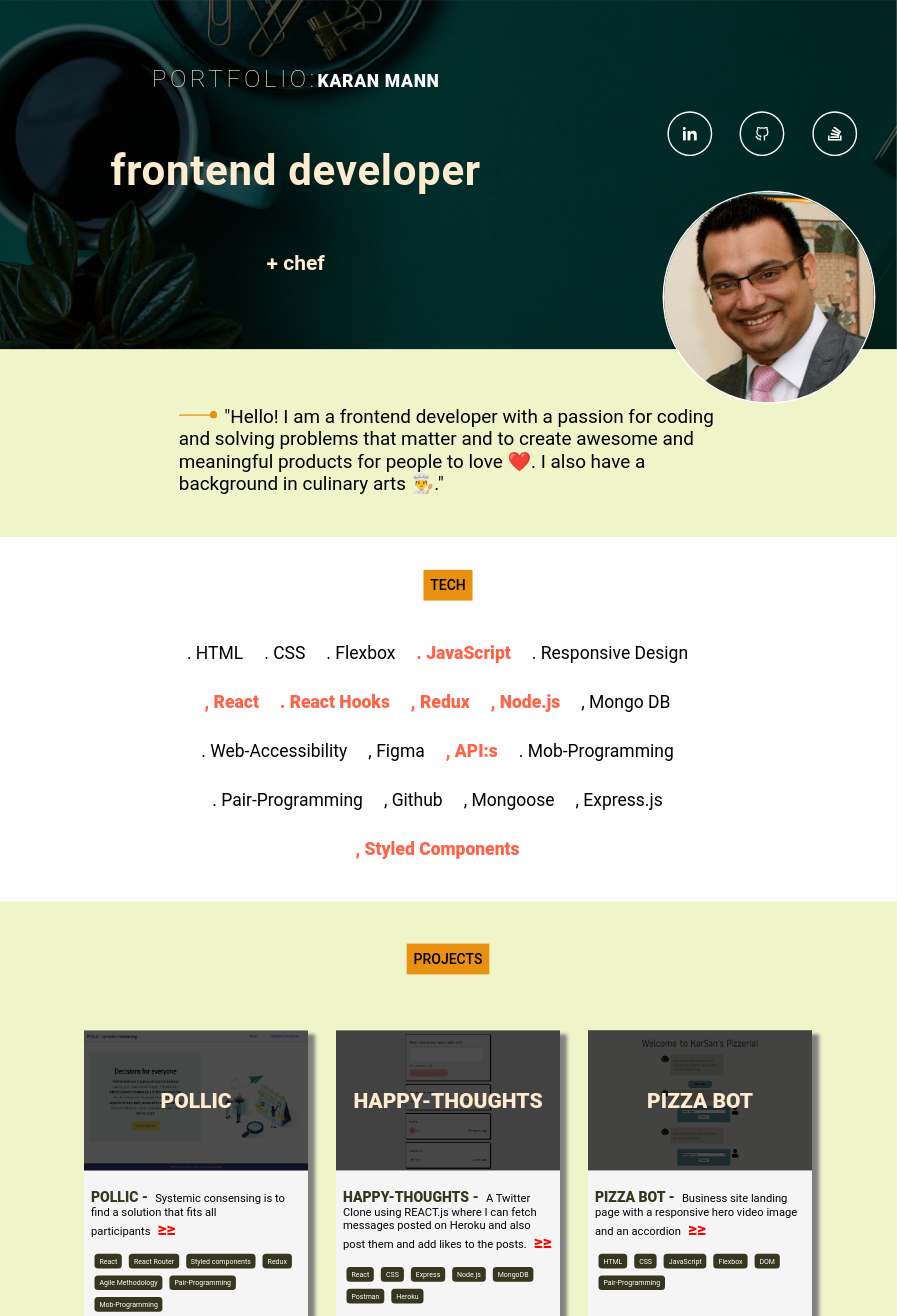
Repository: karanmann/portfolio-react
Page: / (app in frontend/)
These files come from the project's save history. The page is drawn as it stood at one moment and after the next save; the edit follows.
The browser window is 1280 px wide. The page is 1281 px wide, so the pictures cover 1281 px, including what lies to the right of the window. The pictures show the part of the page from y = 0 to 1880 px (the page is 6725 px tall), at 70% of full size.
The project was rebuilt for these pictures with package versions that can differ from the ones it lists, and the page was loaded fresh each time.

Above is the page before, as saved 2021-04-09 10:29:39.

### frontend/public/index.html
<!DOCTYPE html>
<html lang="en">
  <head>
    <meta charset="utf-8" />
    <link rel="icon" href="%PUBLIC_URL%/favicon.ico" />
    <meta name="viewport" content="width=device-width, initial-scale=1" />
    <meta name="theme-color" content="#000000" />
    <meta
      name="description"
      content="Web site created using create-react-app"
    />
    <link rel="apple-touch-icon" href="%PUBLIC_URL%/logo192.png" />
    <link rel="preconnect" href="https://fonts.gstatic.com">
    <link href="https://fonts.googleapis.com/css2?family=Poppins:ital,wght@0,100;0,200;0,300;0,400;0,500;0,600;0,700;0,800;0,900;1,100;1,200;1,300;1,400;1,500;1,600;1,700;1,800;1,900&display=swap" rel="stylesheet">

    <!--
      manifest.json provides metadata used when your web app is installed on a
      user's mobile device or desktop. See https://developers.google.com/web/fundamentals/web-app-manifest/
    -->
    <!-- <link rel="manifest" href="%PUBLIC_URL%/manifest.json" /> -->
    <!--
      Notice the use of %PUBLIC_URL% in the tags above.
      It will be replaced with the URL of the `public` folder during the build.
      Only files inside the `public` folder can be referenced from the HTML.

      Unlike "/favicon.ico" or "favicon.ico", "%PUBLIC_URL%/favicon.ico" will
      work correctly both with client-side routing and a non-root public URL.
      Learn how to configure a non-root public URL by running `npm run build`.
    -->
    <title>Karan Mann - Portfolio</title>
  </head>
  <body>
    <noscript>You need to enable JavaScript to run this app.</noscript>
    <div id="root"></div>
    <!--
      This HTML file is a template.
      If you open it directly in the browser, you will see an empty page.

      You can add webfonts, meta tags, or analytics to this file.
      The build step will place the bundled scripts into the <body> tag.

      To begin the development, run `npm start` or `yarn start`.
      To create a production bundle, use `npm run build` or `yarn build`.
    -->
  </body>
</html>

### frontend/src/index.js
import React from 'react';
import ReactDOM from 'react-dom';
import './lib/styles/index.css';
import App from './App';

ReactDOM.render(
  <React.StrictMode>
    <App />
  </React.StrictMode>,
  document.getElementById('root')
);

### frontend/src/lib/styles/index.css

body {
  margin: -1px;
  font-family: 'Roboto', 'Poppins', sans-serif, -apple-system, BlinkMacSystemFont, 'Segoe UI', 'Roboto', 'Oxygen',
    'Ubuntu', 'Cantarell', 'Fira Sans', 'Droid Sans', 'Helvetica Neue';
  -webkit-font-smoothing: antialiased;
  -moz-osx-font-smoothing: grayscale;
  background-color: white;
}

### frontend/src/App.js
import React from 'react';

import { Header } from './components/Header'
import { Intro } from './components/Intro'
import { Tech } from './components/Tech'
import { Projects } from './components/projects/Projects'
import { ThoughtsCode } from './components/ThoughtsCode'
import { Skills } from './components/Skills'
import { ForMore } from './components/ForMore'
import { Footer } from './components/Footer'
import { Data } from './projects'

const projectData = Data.projects

console.log(projectData)

function App() {
  return (
    <div className="App">
      <Header />
      <Intro/>
      <Tech />
      <Projects projectData={projectData}/>
      <ThoughtsCode />'
      <Skills />
      <ForMore />
      <Footer />
    </div>
  );
}

export default App;

### frontend/src/components/Header.js
import React from 'react'

import {
  HeroContainer,
  LeftContainer,
  HeroTextContainer,
  HeroTextH1,
  HeroTextH1Span,
  HeroTextH2,
  HeroTextH3,
  RightContainer,
  IconContainer,
  IconLinkContainer,
  IconImageContainer,
  ProfilePic,
} from '../lib/styles/styled'

import linkedInIcon from '../lib/images/icons/linkedin.svg'
import githubIcon from '../lib/images/icons/github.svg'
import stackoverflowIcon from '../lib/images/icons/stackoverflow.svg'
import profilePic from '../lib/images/profile.png'

const linkedInLink = 'https://www.linkedin.com/in/karanmann84/'
const githubLink = 'https://github.com/karanmann'
const stackOverflowLink = 'https://stackoverflow.com/users/14064949/karan-mann'

export const Header = () => {
  return (
    <header>
      <HeroContainer>
        <LeftContainer>
          <HeroTextContainer tabIndex='0'>
            <HeroTextH1>
              PORTFOLIO:
              <HeroTextH1Span>KARAN MANN</HeroTextH1Span>
            </HeroTextH1>
            <HeroTextH2>frontend developer</HeroTextH2>
            <HeroTextH3>+ chef</HeroTextH3>
          </HeroTextContainer>
        </LeftContainer>
        <RightContainer>
          <IconContainer>
            <IconLinkContainer
              href={linkedInLink}
              tabIndex='0'
              target="_blank"
              rel="noopener noreferrer"
            >
              <IconImageContainer
                src={linkedInIcon}
                alt='Icon to LinkedIN'
                aria-label='Linkedin profile'
                rel="noreferrer"
              />
            </IconLinkContainer>
            <IconLinkContainer
              href={githubLink}
                tabIndex='0'
                target="_blank"
                rel="noopener noreferrer">
              <IconImageContainer
                src={githubIcon}
                alt='Icon to Github'
                aria-label='Github profile'
                rel='noreferrer'
              />
            </IconLinkContainer>
            <IconLinkContainer
              href={stackOverflowLink}
              tabIndex='0'
              target="_blank"
              rel="noopener noreferrer"
            >
              <IconImageContainer
                src={stackoverflowIcon}
                alt='Icon to Stackoverflow'
                aria-label='Stackoverflow'
                rel='noreferrer'
              />
            </IconLinkContainer>
          </IconContainer>
          <div>
            <ProfilePic className="profile-pic" src={profilePic} alt="Karan's Pic"/>
          </div>
        </RightContainer>
      </HeroContainer>
    </header>
  )
}

### frontend/src/components/Intro.js
import React from 'react';
import { IntroContainer, IntroP, IntroImage} from '../lib/styles/styled'
import lolypop from '../lib/images/icons/icon-p.svg'

export const Intro = () => {
  return (
    <IntroContainer>
      <IntroP>
        <IntroImage src={lolypop} alt="Lolypop Icon"/>
        "Hello!   I am a frontend developer with a passion for coding and solving problems that matter and to create awesome and meaningful products for people to love ❤️. I also have a background in culinary arts 👨‍🍳."
      </IntroP>
    </IntroContainer>
  )
}

### frontend/src/components/Tech.js
import React from 'react';

import {
  TechContainer,
  AllTech,
  MyTech,
  Title
  } from '../lib/styles/styled'

const techs = [
  { tech:"HTML", highLight:false },
  { tech:"CSS", highLight:false },
  { tech:"Flexbox", highLight:false },
  { tech:"JavaScript", highLight:true },
  { tech:"Responsive Design", highLight:false },
  { tech:"React", highLight:true },
  { tech:"React Hooks", highLight:true },
  { tech:"Redux", highLight:true },
  { tech:"Node.js", highLight:true },
  { tech:"Mongo DB", highLight:false },
  { tech:"Web-Accessibility", highLight:false },
  { tech:"Figma", highLight:false },
  { tech:"API:s", highLight:true },
  { tech:"Mob-Programming", highLight:false },
  { tech:"Pair-Programming", highLight:false },
  { tech:"Github", highLight:false },
  { tech:"Mongoose", highLight:false },
  { tech:"Express.js", highLight:false },
  { tech:"Styled Components", highLight:true },
]

export const Tech = () => {
  return (
    <TechContainer>
      <Title>TECH</Title>
        <AllTech>
            {techs.map((mytech, index) =>{
              const conditionalStyle = mytech.highLight ? {color:'tomato', fontWeight: '800'} : {color:'black'}
              return (
              <MyTech style={conditionalStyle} key={mytech.tech}>
                {index > mytech.tech.length - 1 ? ',' : '.'} {mytech.tech}
              </MyTech>
            )
            })}
        </AllTech>
    </TechContainer>
  )
}

// while using styled components we can also send the style as a prop and do the conditional rendering in the styles itself.

// {index > Object.keys(mytech).length - 1 ? ',' : '.'}
// Working on getting a period in the end rather than a comma.

### frontend/src/components/projects/Projects.js
import React from  'react'

import { ProjectContainer, Title } from '../../lib/styles/styled'
import { OtherProjects } from './OtherProjects'
import { FeaturedProjects } from './FeaturedProjects'

export const Projects = ({projectData}) => {
  const featuredProjects = projectData.filter(myProjects => myProjects.featured)
  const otherProjects = projectData.filter(myProjects => !myProjects.featured)

  return (
    <ProjectContainer>
      <Title>PROJECTS</Title>
      <div>
        <FeaturedProjects featuredProjects={featuredProjects}/>
      </div>
      <h3 className='projects-title'>OTHER PROJECTS</h3>
      <div>
        <OtherProjects otherProjects={otherProjects}/>
      </div>
    </ProjectContainer>
  )
}

### frontend/src/components/ThoughtsCode.js
import React from 'react'

import {
  ThoughtsContainer,
  ThoughtsContentContainer,
  ThoughtsCodeImageContainer,
  ThoughtsImage,
  ThoughtsCodeTextContainer,
  ThoughtsCodeTextTitle,
  ThoughtsCodeTextContent,
  ThoughtsReadMore,
  Title
} from '../lib/styles/styled'
import chefDroid from '../lib/images/ChefDroid.png'

const chefToProgrammerLink = "https://www.linkedin.com/posts/karanmann84_programming-learning-technigo-activity-6720014274095304704-BHnK"

export const ThoughtsCode = () => {
  return (
    <ThoughtsContainer>
      <Title tabIndex="0">MY THOUGHTS ABOUT CODE</Title>
      <ThoughtsContentContainer>
        <ThoughtsCodeImageContainer href={chefToProgrammerLink}>
          <ThoughtsImage src={chefDroid} alt='Chef and Droid'/>
        </ThoughtsCodeImageContainer>
        <ThoughtsCodeTextContainer>
          <ThoughtsCodeTextTitle>
            From Chef to Programmer
          </ThoughtsCodeTextTitle>
          <ThoughtsCodeTextContent>
            What I learned in the kitchen.
            Almost everyone who starts working in a kitchen starts in one place, the bottom.
            This could be the salad section or pantry. In an industry as intensely competitive as restaurants,
            the only way to move up is by working as hard as you can. This means being willing to take on any assignment
            your chef gives you. It means constantly working to master your craft.
            <ThoughtsReadMore href={chefToProgrammerLink}>Read More ≥≥</ThoughtsReadMore>
          </ThoughtsCodeTextContent>
        </ThoughtsCodeTextContainer>
      </ThoughtsContentContainer>
    </ThoughtsContainer>
  )
}

### frontend/src/components/Skills.js
import React from 'react';

import {
  Title,
  SkillContainer,
  SkillContentContainer,
  Skill,
  SkillCodeTitle,
  SkillCodeContent
} from '../lib/styles/styled'

const code = [
  "HTML5",
  "CSS3",
  "JavaScript ES6",
  "React",
  "React Hooks",
  "Node.js",
  "Mongo DB",
  "Github",
]

const toolbox =[
  "Visual Studio Code",
  "Terminal",
  "Figma",
  "StackOverflow",
  "Slack",
]

const others= [
  "Agile Methodology",
  "Pair-programming",
  "Mob-programming",
  "Web Accessibility",
  "Concept Development",
]

const upcomming = [
  "Redux",
  "SASS",
]

export const Skills = () => {
  return (
    <SkillContainer>
      <Title>SKILLS</Title>
      <SkillContentContainer>
        <Skill>
          <SkillCodeTitle>CODE</SkillCodeTitle>
          <SkillCodeContent >
            {code.map(myCode => <p key={myCode}>{myCode}</p>)}
          </SkillCodeContent>
        </Skill>
        <Skill>
          <SkillCodeTitle>TOOLBOX</SkillCodeTitle>
          <SkillCodeContent>{toolbox.map(myTool => <p key={myTool}>{myTool}</p>)}</SkillCodeContent>
        </Skill>
        <Skill>
          <SkillCodeTitle>OTHERS</SkillCodeTitle>
          <SkillCodeContent>{others.map(myOthers => <p key={myOthers}>{myOthers}</p>)}</SkillCodeContent>
        </Skill>
        <Skill>
          <SkillCodeTitle>UPCOMMING</SkillCodeTitle>
          <SkillCodeContent>{upcomming.map(myUpcomming => <p key={myUpcomming}>{myUpcomming}</p>)}</SkillCodeContent>
        </Skill>
      </SkillContentContainer>
    </SkillContainer>
  )
}

### frontend/src/components/ForMore.js
import React from 'react'

import {
  Title,
  ForMoreContainer,
  ForMoreIcons,
  ForMoreIconContainer,
  ForMoreImage,
  ForMoreText,
  ForMoreLink
} from '../lib/styles/styled'

import linkedIn from '../lib/images/icons/linkedin-orange.svg'
import github from '../lib/images/icons/github-orange.svg'
import stackOverflow from '../lib/images/icons/stackoverflow-orange.svg'

export const ForMore = () => {
  return (
    <ForMoreContainer>
      <Title tabIndex="0">FOR MORE</Title>
      <ForMoreIcons>
        <ForMoreIconContainer>
          <ForMoreLink
            href="https://www.linkedin.com/in/karanmann84/"
            target="_blank"
            rel="noopener noreferrer"
          >
            <ForMoreImage src={linkedIn} alt="Link to LinkedIN"/>
          </ForMoreLink>
          <ForMoreText>LINKEDIN</ForMoreText>
        </ForMoreIconContainer>
        <ForMoreIconContainer>
          <ForMoreLink
            href="https://stackoverflow.com/users/14064949/karan-mann"
            target="_blank"
            rel="noopener noreferrer"
          >
            <ForMoreImage src={stackOverflow} alt="Link to stackoverflow"/>
          </ForMoreLink>
          <ForMoreText>STACK-OVERFLOW</ForMoreText>
        </ForMoreIconContainer>
        <ForMoreIconContainer>
          <ForMoreLink
            href="https://github.com/karanmann"
            target="_blank"
            rel="noopener noreferrer"
          >
            <ForMoreImage src={github} alt="Link to Github"/>
          </ForMoreLink>
          <ForMoreText>GITHUB</ForMoreText>
        </ForMoreIconContainer>
      </ForMoreIcons>
    </ForMoreContainer>
  )
}

### frontend/src/components/Footer.js
import React from 'react'
import { FooterContainer } from '../lib/styles/styled'

export const Footer = () => {
  return(
    <FooterContainer>
      <h3>CONTACT</h3>
      <p>Karan Mann</p>
      <p>karan.mann@outlook.com</p>
      <p>+46 (0) 702257772</p>
    </FooterContainer>
  )
}

### frontend/src/components/projects/OtherProjects.js
import {
  OtherCardsContainer,
  OtherCard,
  OtherImageContainer,
  Image,
  ImageOverlay,
  ImageTitle,
  OtherCardDetailsContainer,
  DetailsTitle,
  DetailsDescription,
  DetailsLink,
  CardTechContainer,
  CardTech} from '../../lib/styles/styled'

export const OtherProjects = ({otherProjects}) => {
  return (
    <OtherCardsContainer>
      {otherProjects.map(myProject => {
        return (
        <OtherCard key={myProject.title}>
          <OtherImageContainer>
            <a
              href={myProject.live_url}
              target="_blank"
              rel="noopener noreferrer"
              >
              <ImageOverlay>
                <ImageTitle>{myProject.title}</ImageTitle>
              </ImageOverlay>
              <Image src={myProject.image_url} alt=""/>
            </a>
          </OtherImageContainer>
          <OtherCardDetailsContainer>
            <p>
              <DetailsTitle>{myProject.title} -</DetailsTitle>
              <DetailsDescription>{myProject.description}</DetailsDescription>
              <span>
                <DetailsLink
                  href={myProject.live_url}
                  target="_blank"
                  rel="noopener noreferrer"
                >
                  ≥≥
                </DetailsLink>
              </span>
            </p>
            <CardTechContainer>
              {myProject.techs.map(mytech => <CardTech>{mytech}</CardTech>
              )}
            </CardTechContainer>
          </OtherCardDetailsContainer>
        </OtherCard>
        )})
      }
    </OtherCardsContainer>
  )
}

### frontend/src/components/projects/FeaturedProjects.js
import React from 'react';

import {
  CardsContainer,
  Card,
  ImageContainer,
  Image,
  ImageOverlay,
  ImageTitle,
  CardDetailsContainer,
  DetailsTitle,
  DetailsDescription,
  DetailsLink,
  CardTechContainer,
  CardTech} from '../../lib/styles/styled'

export const FeaturedProjects = ({featuredProjects}) => {
  return (
    <CardsContainer>
      {featuredProjects.map(myProject => {
        return (
           <Card key={myProject.title}>
            <ImageContainer>
              <a
                href={myProject.live_url}
                target="_blank"
                rel="noopener noreferrer"
              >
                <ImageOverlay>
                  <ImageTitle>{myProject.title}</ImageTitle>
                </ImageOverlay>
                <Image src={myProject.image_url} alt=""/>
              </a>
            </ImageContainer>
            <CardDetailsContainer>
              <p>
                <DetailsTitle>{myProject.title} -</DetailsTitle>
                <DetailsDescription>{myProject.description}</DetailsDescription>
                <span>
                  <DetailsLink
                    href={myProject.live_url}
                    target="_blank"
                    rel="noopener noreferrer"
                  >≥≥
                  </DetailsLink>
                </span>
              </p>
              <CardTechContainer>
                {myProject.techs.map(mytech => <CardTech>{mytech}</CardTech>
                )}
              </CardTechContainer>
            </CardDetailsContainer>
          </Card>
        )
      })
      }
    </CardsContainer>
  )
}

Loaded but not shown: frontend/src/lib/styles/styled.js (library); frontend/src/projects.js (251 lines, source omitted)

After the next save:
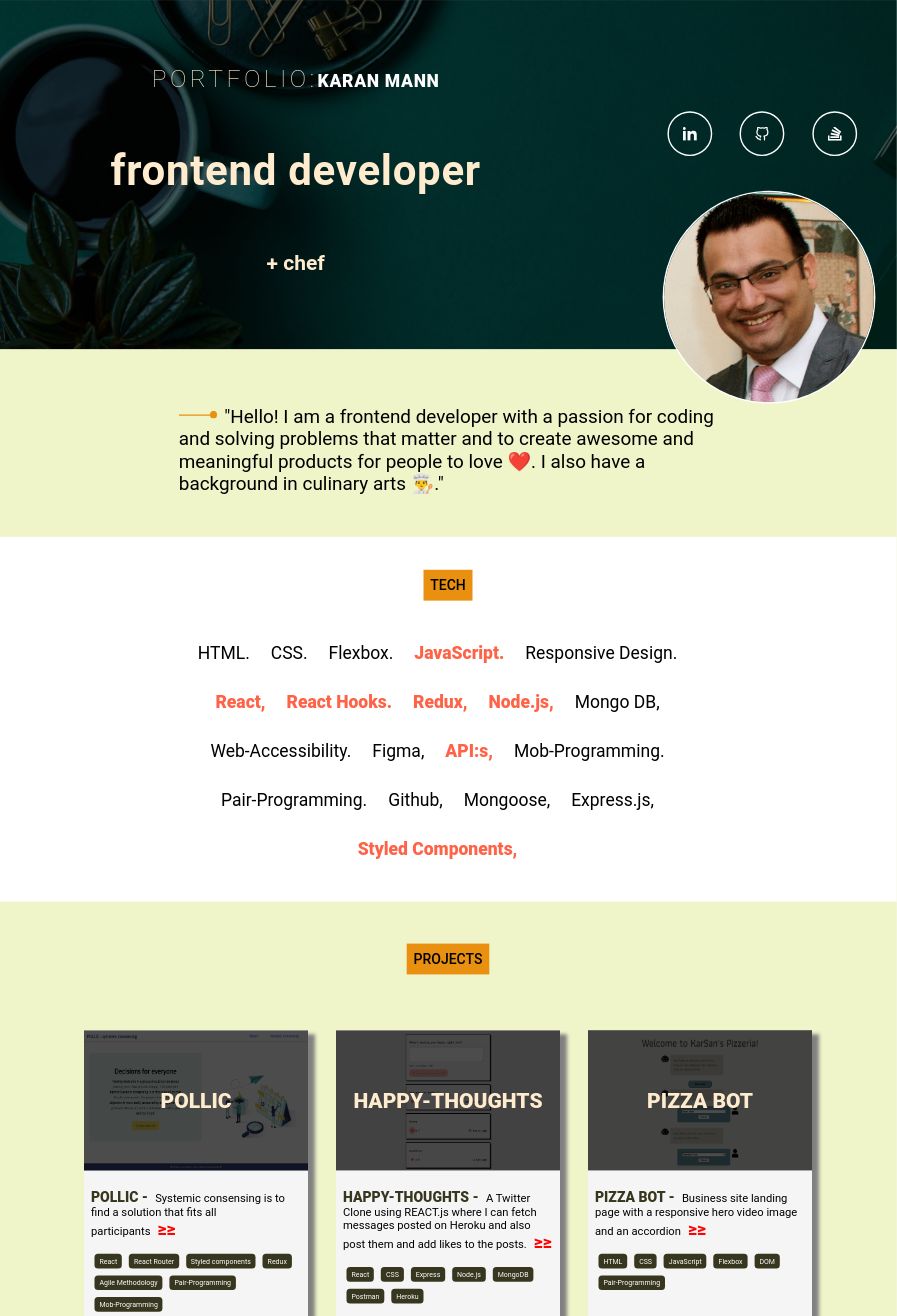
Saved 11 s later.
--- a/frontend/src/components/Tech.js
+++ b/frontend/src/components/Tech.js
@@ -38,7 +38,7 @@ export const Tech = () => {
               const conditionalStyle = mytech.highLight ? {color:'tomato', fontWeight: '800'} : {color:'black'}
               return (
               <MyTech style={conditionalStyle} key={mytech.tech}>
-                {index > mytech.tech.length - 1 ? ',' : '.'} {mytech.tech}
+                {mytech.tech}{index > mytech.tech.length - 1 ? ',' : '.'}
               </MyTech>
             )
             })}
